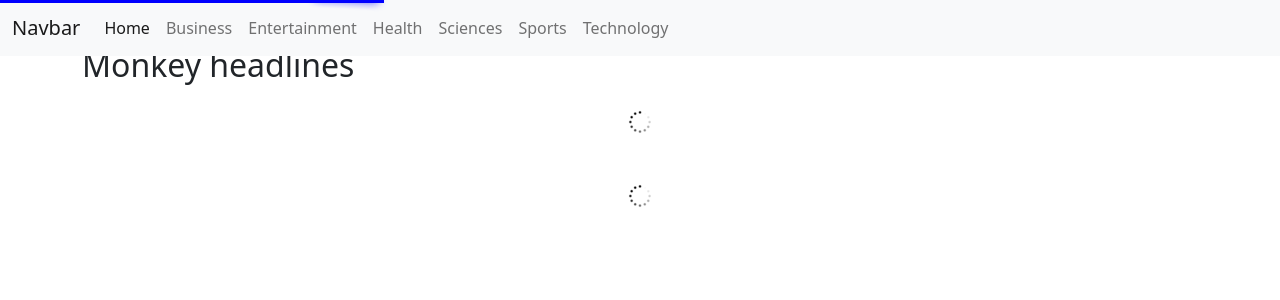
Repository: Asad-devv/News-App
Page: /
The author's editor kept a copy of each file at every save. The page is drawn from the files as they stood at one save, then again after a run of saves.
The browser window is 1280 px wide. The pictures show the whole page.
The page's requests for data from a server got no answer. The project was rebuilt for these pictures with package versions that can differ from the ones it lists, and the page was loaded fresh each time. No one was signed in, and anything a server would have sent is missing. Also part of the build but not shown: vite.config.js, src/components/Newsitem.jsx.

Above is the page before, as saved 2022-11-09 00:05:51.

After the next 2 saves:
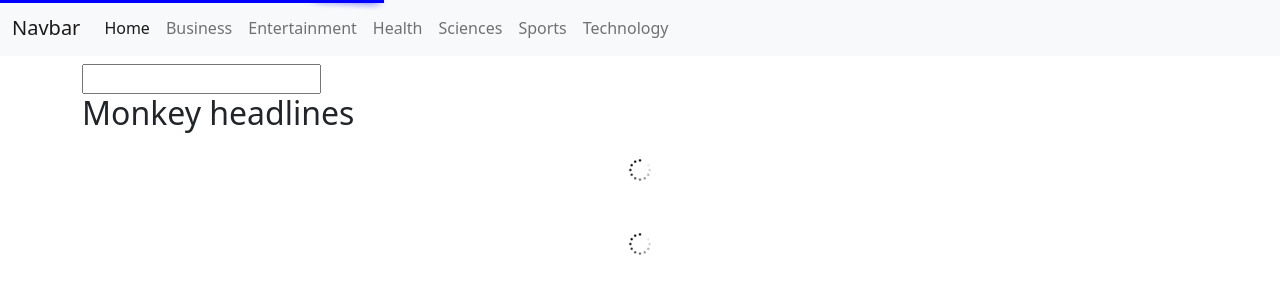
The 2 saves are shown as one change because they came seconds apart.
The last was saved 9 s later.
--- a/src/components/News.jsx
+++ b/src/components/News.jsx
@@ -54,7 +54,7 @@
   render() {
     return (
       <div className="container my-3">
-        <input className= "" value = {this.state.item} onChange={(e)=>{
+        <input className= "mt-5" value = {this.state.item} onChange={(e)=>{
           this.setState({item : e.target.value})
         }} />
         <h2>Monkey headlines</h2>
